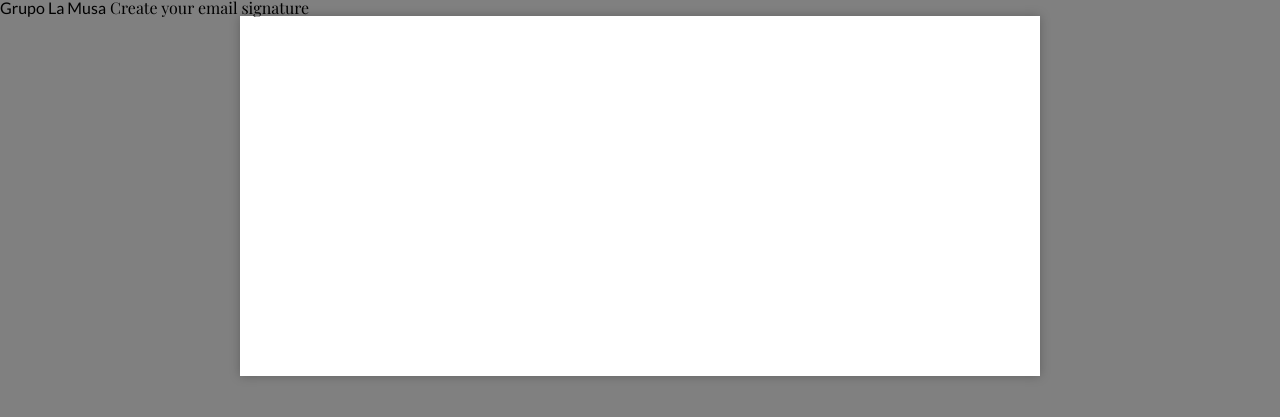
Repository: beltranrengifo/signature-planta
Page: /
An editor plug-in stored every save of this project. The page is shown before and after the next save, followed by the edit.
The browser window is 1280 px wide. The pictures show the whole page.
The project was rebuilt for these pictures with package versions that can differ from the ones it lists, and the page was loaded fresh each time. Also part of the build but not shown: vue.config.js.

Above is the page before, as saved 2019-08-30 16:35:10.

After the next save:
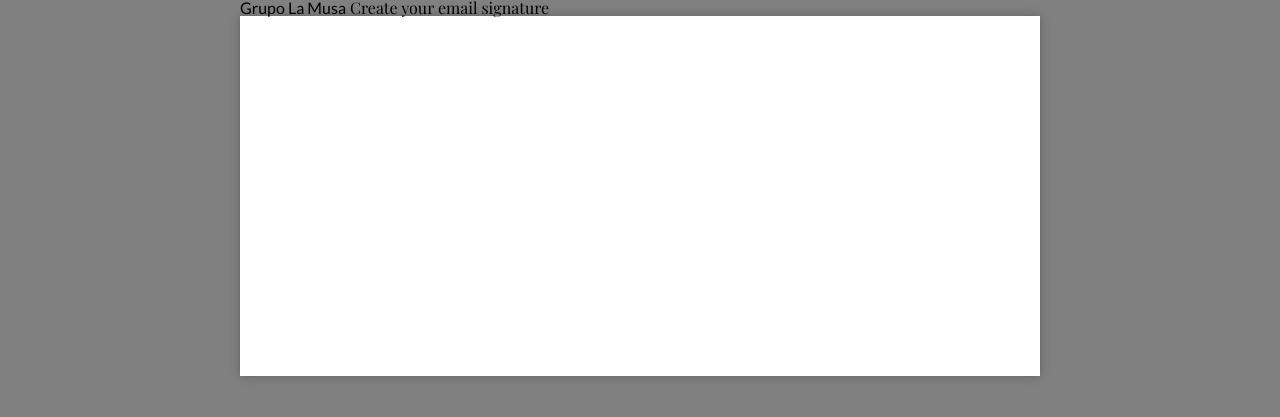
Saved 48 s later.
--- a/src/App.vue
+++ b/src/App.vue
@@ -1,9 +1,11 @@
 <template>
   <div id="app">
     <app-title
+      class="app-width"
       :title="title"
       :subtitle="subtitle" />
-    <div class="app-container">
+    <div
+      class="app-container app-width">
       <signature-generator />
     </div>
   </div>
@@ -33,11 +35,13 @@
     background: grey;
     min-height: 100vh;
   }
-  .app-container {
-    min-height: 50vh;
+  .app-width {
     width: 800px;
     max-width: 100%;
     margin: 0 auto;
+  }
+  .app-container {
+    min-height: 50vh;
     box-shadow: 0px 0px 10px 0px rgba(0,0,0,0.25);
     background: $--color-white;
   }
